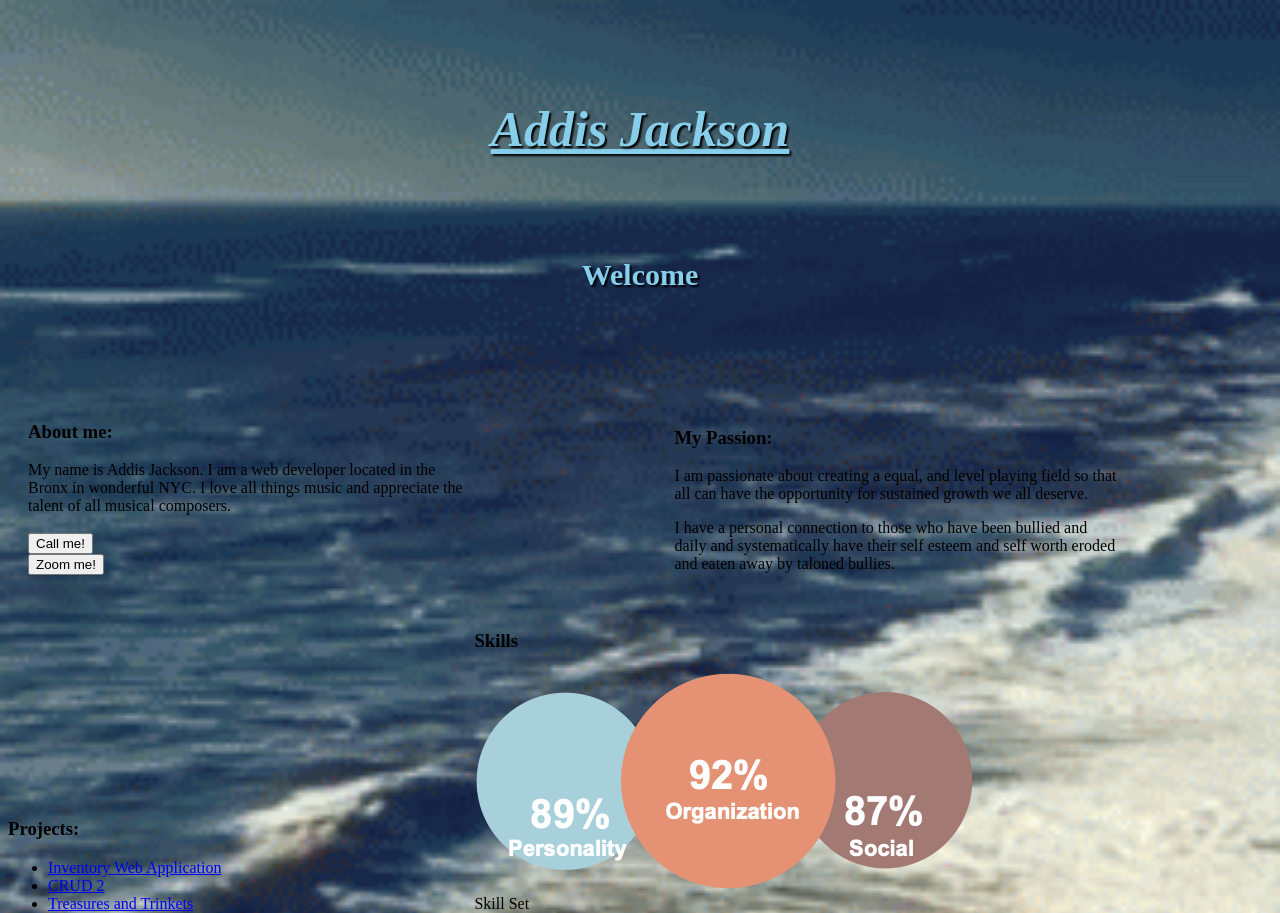
Repository: 10-2-pursuit/lab-design-assets
Page: index.html
An editor plug-in stored every save of this project. The page is shown before and after the next save, followed by the edit.
The browser window is 1280 px wide. The pictures show the part of the page from y = 0 to 913 px (the page is 1967 px tall before and 1932 px after).
A picture or video elsewhere on the page could not be fetched, so the positions and the page height are approximate.

Above is the page before, as saved 2023-07-16 05:50:44.

After the next save:
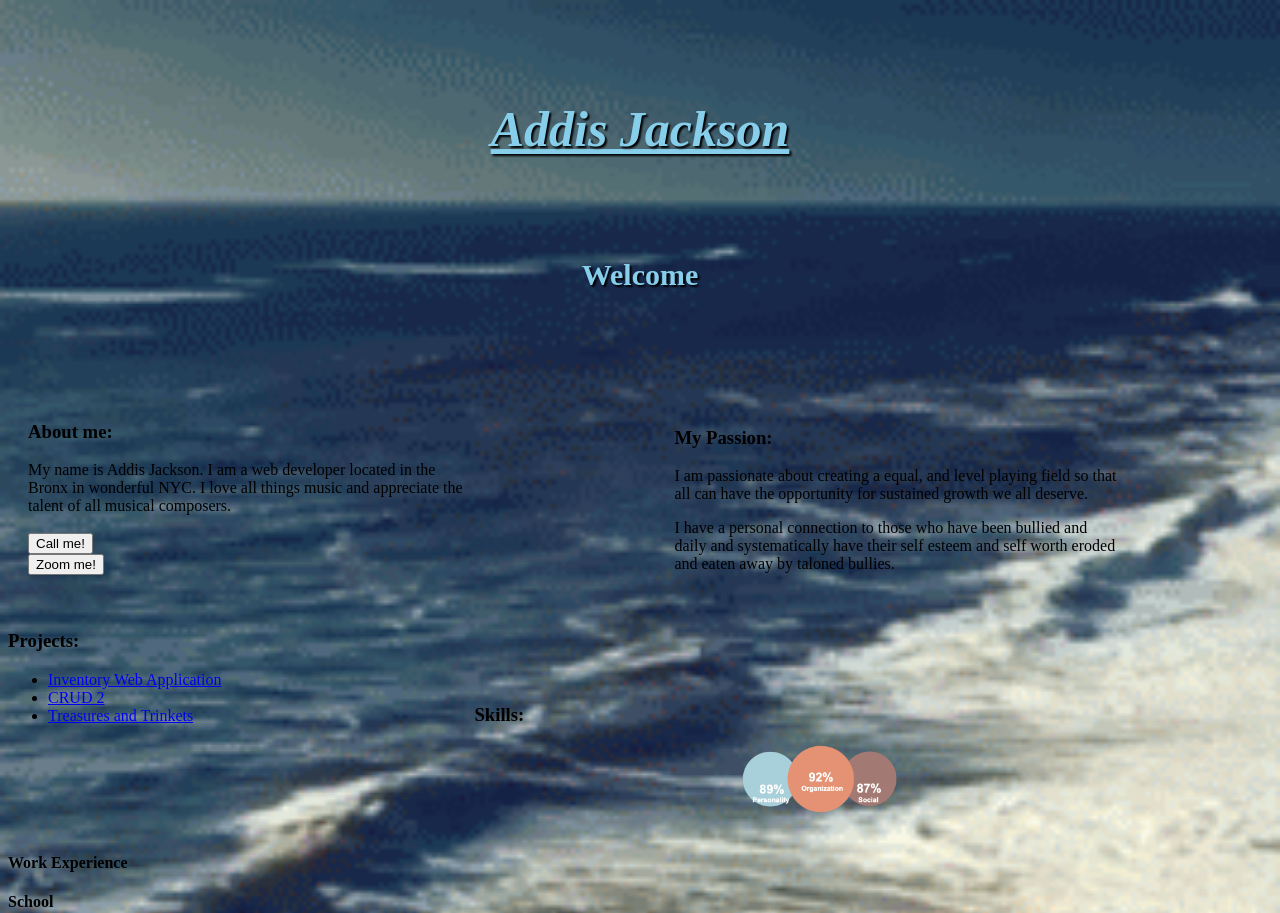
Saved 3 min 23 s later.
--- a/index.html
+++ b/index.html
@@ -45,8 +45,8 @@
           </ul>
         </article>
         <article class="skills">
-        <h3>Skills</h3>
-          <img src="./assets/Pasted Graphic 1.png" alt="Skills section">Skill Set</img>
+        <h3>Skills:</h3>
+          <img src="./assets/Pasted Graphic 1.png" alt="Skills section"></img>
         </article>
       </section>
     </main>
--- a/style.css
+++ b/style.css
@@ -76,3 +76,14 @@ article .projects .skills {
     margin-right: 20px;
     width: 35%;
 }
+
+Img {
+    display: block;
+    margin-left: auto;
+    margin-right: auto;
+    width: 35%;
+    height: auto;
+    margin-top: 10px;
+    margin-bottom: 10px;
+    margin-right: 20px;
+}
